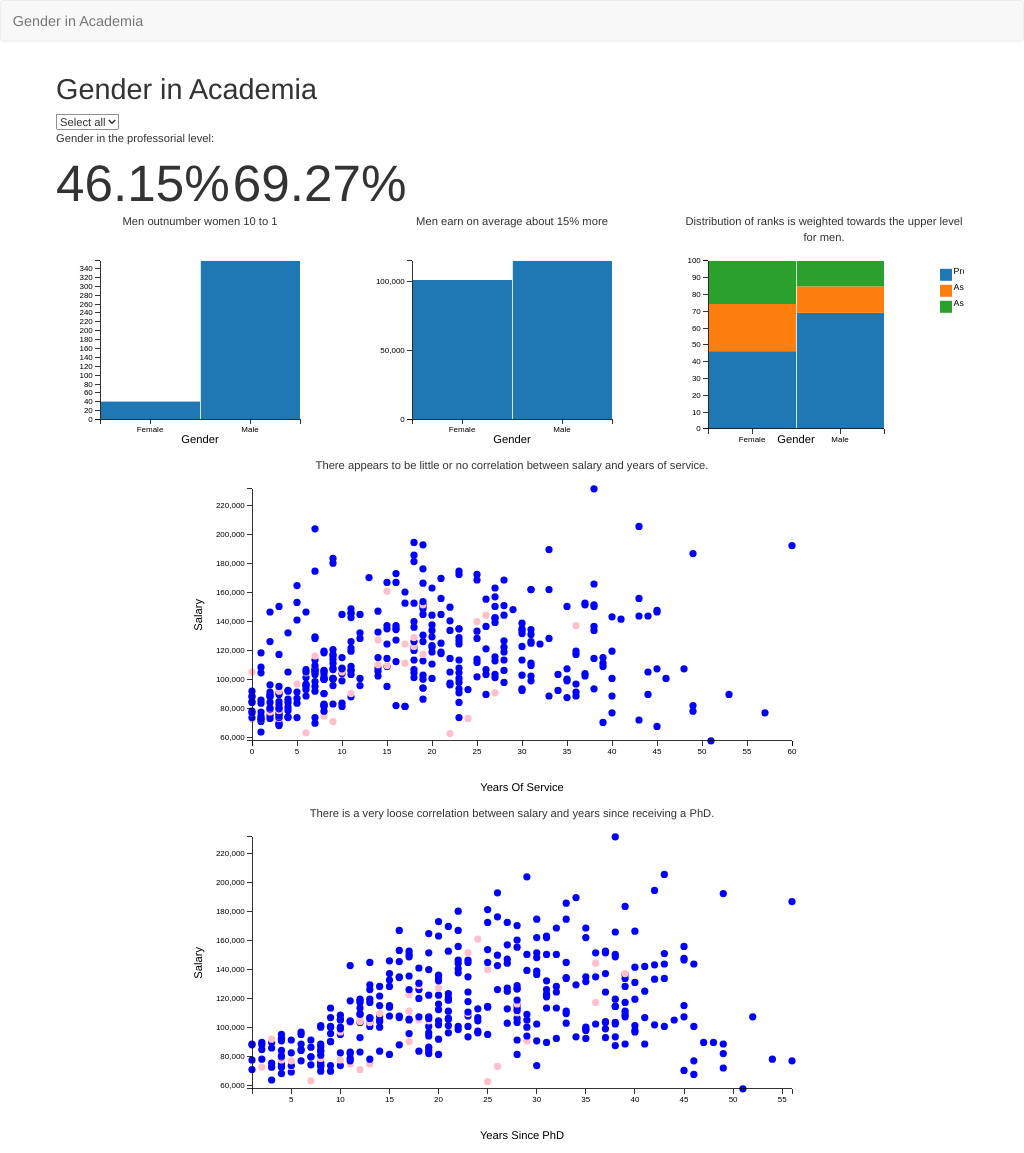
Repository: kescardoso/dashboard
Page: index.html
The author's editor kept a record of every edit. The page is drawn from the files as they stood at one moment, then again after the next edit.
The browser window is 1280 px wide. The pictures show the whole page, at 80% of full size.

Above is the page before.

After the next edit:
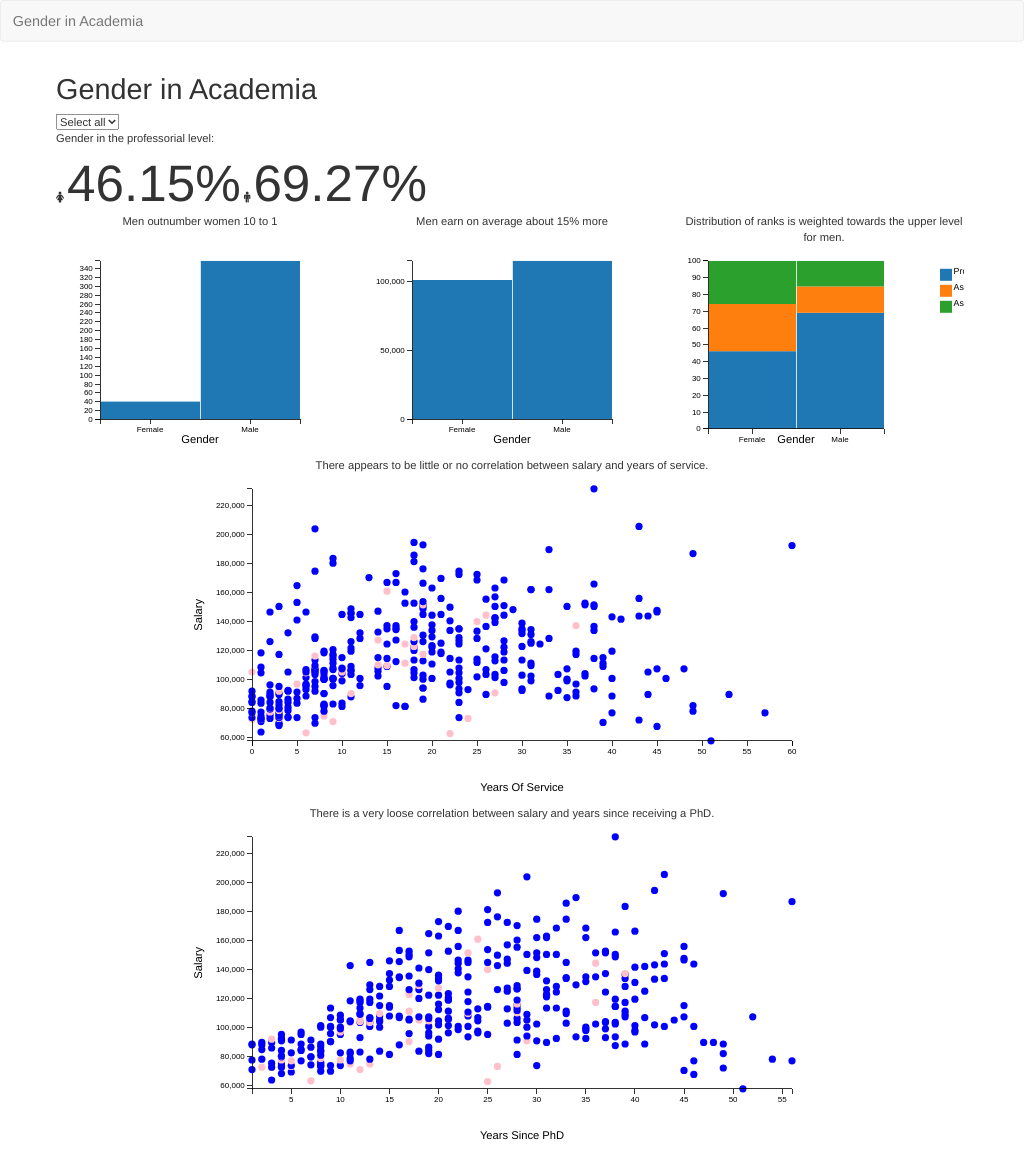
The edit:
--- a/index.html
+++ b/index.html
@@ -7,6 +7,7 @@
     <title>Gender in Academia</title>
 
     <link rel="stylesheet" href="static/css/bootstrap.min.css" type="text/css" />
+    <link rel="stylesheet" href="https://cdnjs.cloudflare.com/ajax/libs/font-awesome/4.7.0/css/font-awesome.min.css" type="text/css">
     <link rel="stylesheet" href="static/css/dc.min.css" type="text/css" />
     <link rel="stylesheet" href="static/css/style.css" type="text/css" />
 
